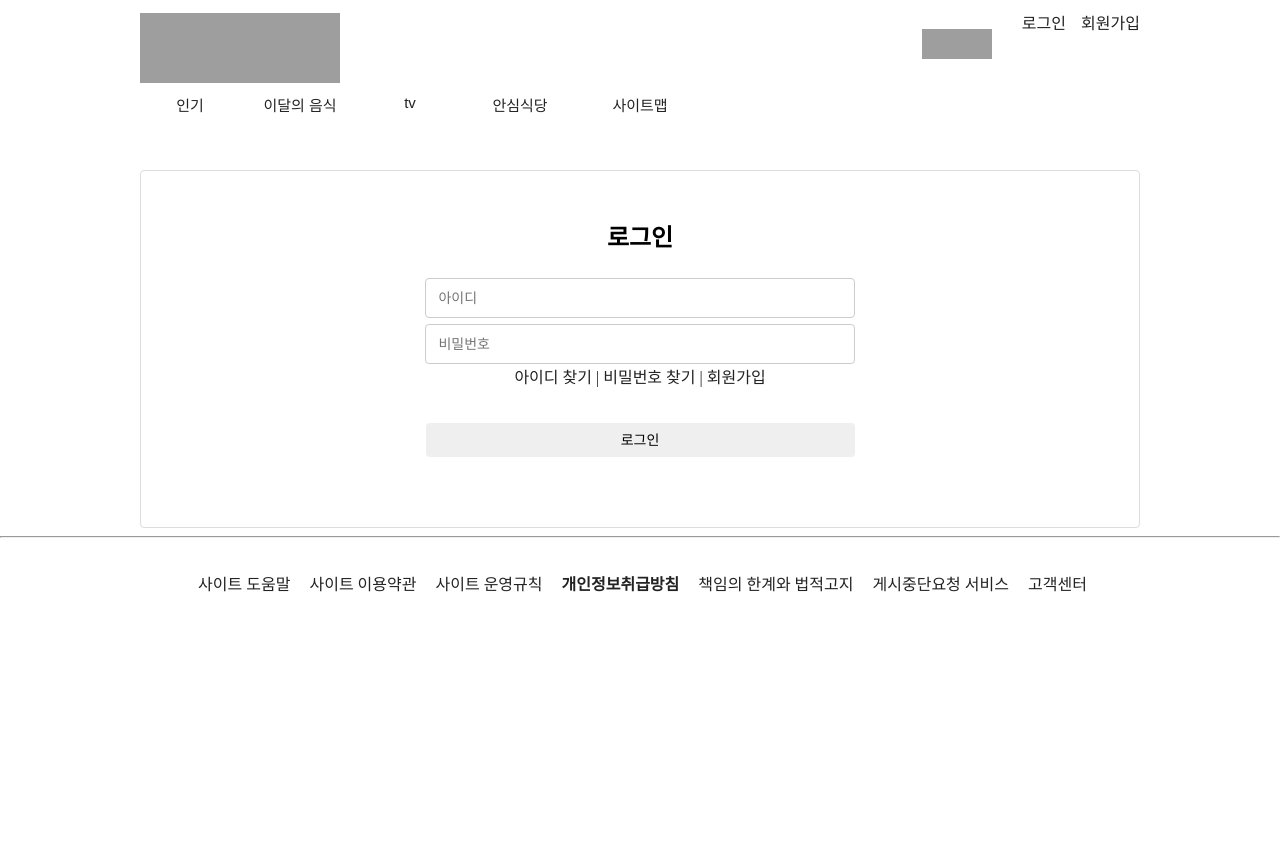
Repository: Kimhyoenjeong/proj-git
Page: http://localhost/morae/login.jsp
The author's editor kept a copy of each file at every save. The page is drawn from the files as they stood at one save, then again after the next save.
The browser window is 1280 px wide. The pictures show the whole page.
Pictures or frames that could not be fetched are drawn as grey boxes. Some web fonts or font styles are not loaded; a fallback is used. The page is served by Tomcat 9.

Above is the page before, as saved 2022-07-17 10:13:15.

After the next save:
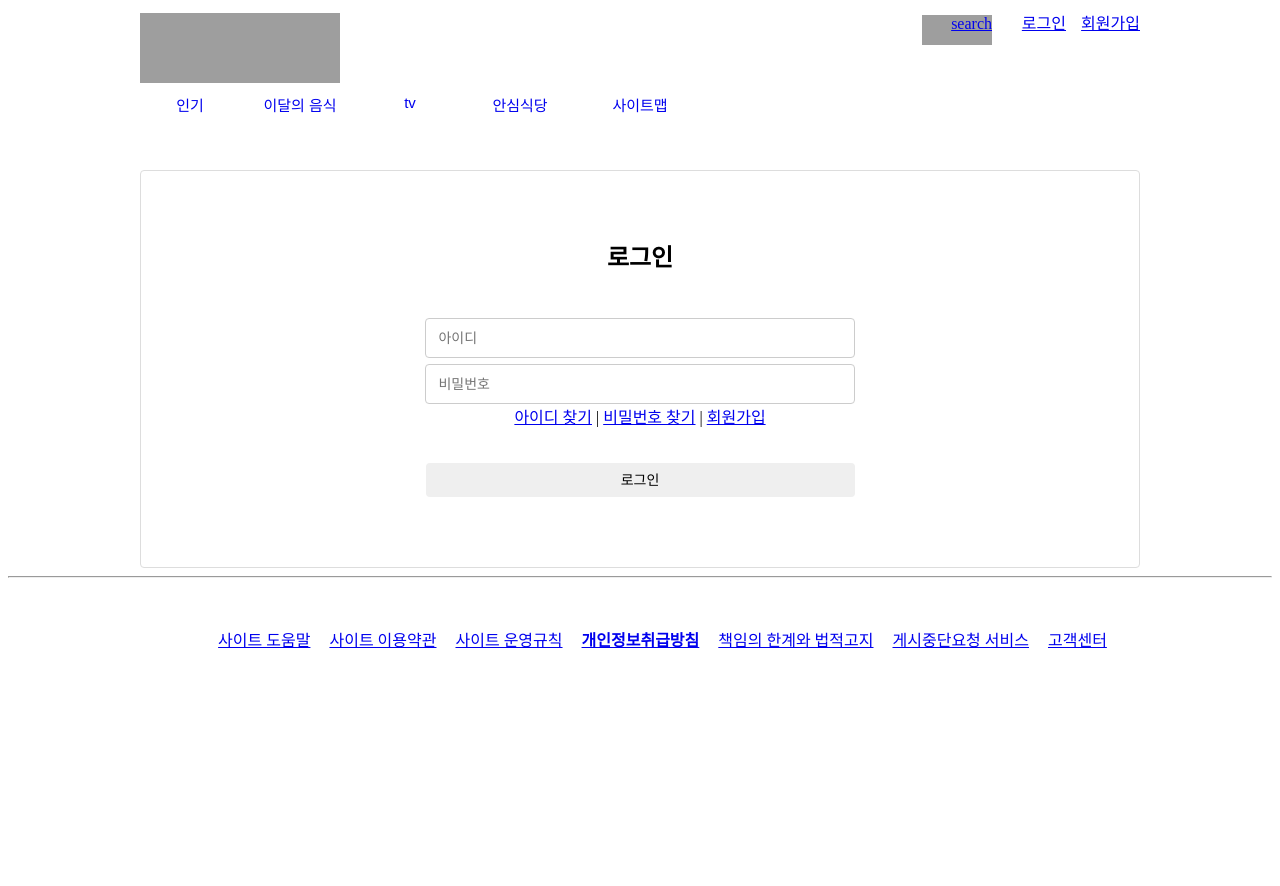
Saved 72 s later.
--- a/morae/src/main/webapp/login.jsp
+++ b/morae/src/main/webapp/login.jsp
@@ -9,8 +9,9 @@
   <title>MOREA</title>
 
 <!-- CSS STYLE-->
-<link rel="stylesheet" href="css/reset.css">
+<link rel="stylesheet" href="css/test.css">
 <link rel="stylesheet" href="css/style.css">
+
 <!-- FONT -->
 <link rel="preconnect" href="https://fonts.googleapis.com">
 <link rel="preconnect" href="https://fonts.gstatic.com" crossorigin>
